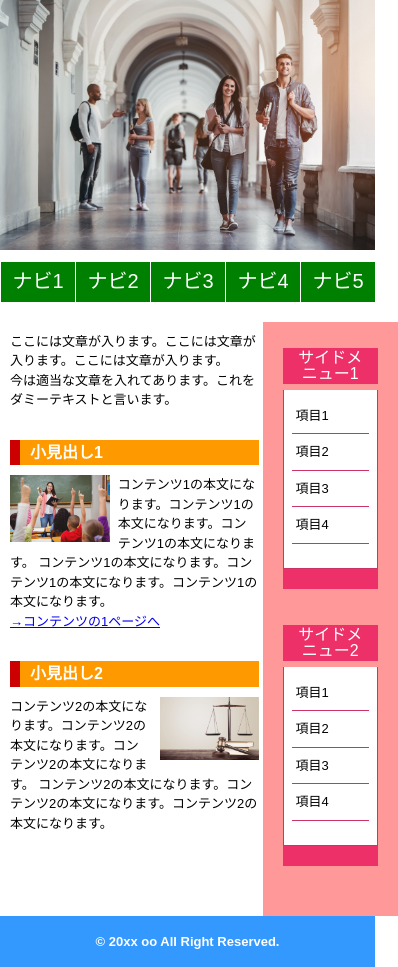
Repository: tameikimaziri/samurai_HTML-CSS
Page: index.html
The author's editor kept a record of every edit. The page is drawn from the files as they stood at one moment, then again after the next edit.
The browser window is 375 px wide. The page is 398 px wide, then 396 px, so the pictures cover 398 px, including what lies to the right of the window. The pictures show the whole page.

Above is the page before.

### index.html
<!DOCTYPE html>
<html lang="ja">
<head>
    <meta charset="UTF-8">
    <meta name="viewport" content="width=device-width, initial-scale=1">
    <title>HTML/CSSの学習</title>
    <link rel="stylesheet" href="stylesheet.css">
</head>
<body>
    <div id="header">
        <h1><a href="index.html"><img id="corridor" src="images/corridior.jpg"alt="大学の廊下"/></a></h1>
    </div>
 <div id="wrapper">
     <div id="nav">
         <ul>
             <li><a href="home.html">ナビ1</a></li>
             <li><a href="#">ナビ2</a></li>
             <li><a href="#">ナビ3</a></li>
             <li><a href="#">ナビ4</a></li>
             <li><a href="#">ナビ5</a></li>
         </ul>
     </div>
     <div id="container">
         <div id="main">
         <div class="post">
             <p>ここには文章が入ります。ここには文章が入ります。ここには文章が入ります。<br />今は適当な文章を入れてあります。これをダミーテキストと言います。</p>
     </div>
             <div class="post clearfix">
                 <h2>小見出し1</h2>
                 <img class="left" src="images/classroom.jpg" alt="授業風景" />
                 <p>
                    コンテンツ1の本文になります。コンテンツ1の本文になります。コンテンツ1の本文になります。
                    コンテンツ1の本文になります。コンテンツ1の本文になります。コンテンツ1の本文になります。
                 </p>
                <p><a href="#">→コンテンツの1ページへ</a></p>
             </div>
             <div class="post clearfix">
                 <h2>小見出し2</h2>
                 <img class="right" src="images/scale.jpg" alt="天秤" />
                 <p>
                    コンテンツ2の本文になります。コンテンツ2の本文になります。コンテンツ2の本文になります。
                    コンテンツ2の本文になります。コンテンツ2の本文になります。コンテンツ2の本文になります。
                 </p>
            </div>
     </div>
      <div id="side">
         <div class="box">
             <h2>サイドメニュー1</h2>
             <div class="boxBody">
                 <ul>
                     <li>項目1</li>
                     <li>項目2</li>
                     <li>項目3</li>
                     <li>項目4</li>
                 </ul>
             </div>
         </div>
         <div class="box">
             <h2>サイドメニュー2</h2>
              <div class="boxBody">
                 <ul>
                     <li>項目1</li>
                     <li>項目2</li>
                     <li>項目3</li>
                     <li>項目4</li>
                 </ul>
         </div>
     </div>
    </div>
 </div>
 <div id="footer">
     <p>&copy; 20xx oo All Right Reserved.</p>
 </div>
</body>
</html>

### stylesheet.css
@charset"utf-8";
body {
  margin: 0;
  padding: 0;
  font-family: "ヒラギノ角ゴ Pro W3", "Hiragino Kaku Gothic Pro", "メイリオ",Meiryo, Osaka,"ＭＳ Ｐゴシック","MS PGothic",sans-serif;
  color: #333;
  font-size:13px;
  line-height: 150%;
}

/*-------------------- wrapper --------------------*/
#wrapper{
  width: 100%;
  margin: auto;
  padding: 0px;
  border: 0px;
  background-color:#FFF;
  top:10px;
  position: relative;
}

/* -------------------- header -------------------- */
#header {
  width: 100%;
}
#header h1 {
  margin: 0;
  padding: 0;
}

#corridor {
  width: 100%;
  height: auto;
}

/* -------------------- footer -------------------- */
#footer {
  clear: both;
  width: 100%;
  padding: 3px 0 3px 0 ;
  background: #39F;
  color: #FFF;
  font-weight: bold;
  text-align: center;
}

/* -------------------- nav -------------------- */
#nav {
width: 100%;
}
#nav ul {
  display:flex;
margin: 0;
padding: 0;
list-style-type: none;
}
#nav ul li {
width: 20%;
text-align: center;
}
#nav ul li a {
display: block;
height: 20px;
margin: 0;
padding: 10px;
color: #FFF;
font-size: 20px;
text-decoration: none;
background-color: green;
 border-left: 1px solid white;
}

#nav ul li a:hover {
  filter: drop-shadow(10px 10px 10px black);
}


/* -------------------- container -------------------- */
#container {
  width: 100%;
  margin: auto ;
  padding-top: 20px;
  clear: both;
  display:grid;
  grid-template-columns: 70vw 30vw;
}
/* -------------------- main -------------------- */
#main {
  width: 95%;
  padding: 10px 30px 10px 10px;
}
#main h2 {
  margin: 0 0 10px 0;
  padding: 3px 10px 3px 10px;
  color: #FFF;
  font-size: 16px;
  border-left: solid 10px #C00;
  background-color: #F90;
}
#main p{
  margin: 0;
  padding: 0;
}
#main .post {
  margin: 0 0 30px 0;
}

#main .post img.right {
  margin: 0 0 0 8px;
}
#main .post img.left {
  margin: 0 8px 0 0;
}
 .right {
  float: right;
  width: 40%;
  height: auto;
 }
 .left {
	 float: left;
	 width: 40%;
	 height: auto;
 }
 /* -------------------- clearfix -------------------- */
 .clearfix {
  zoom: 1;
 }
 .clearfix:after {
   content:"";
   display:block;
   clear: both;
 }


/* -------------------- side -------------------- */

#side {
  width: 85%;
  padding : 20px;
  background-color: #F99;
/* ｝*/
 }
#side .box {
  margin: 0 auto 30px auto;
  padding: 0 0 20px 0;
  background: url(images/side_box.png) bottom no-repeat;
}
#side .box h2 {
  margin: 0;
  padding: 8px;
  text-align: center;
  color: #fff;
  font-size: 16px;
  line-height: 16px;
  font-weight: normal;
  background: url(images/side_box_h2.png) center no-repeat;
}
#side .box .boxBody {
  padding: 8px;
  border-right: solid 1px #C36;
  border-bottom: solid 1px #C36;
  border-left: solid 1px #C36;
  background: #fff;
}
#side .box .boxBody ul {
  margin: 0 0 16px 0;
  padding: 0;
}
#side .box .boxBody ul li {
	padding: 8px 0 8px 4px;
  list-style: none;
  border-bottom: solid 1px #C36;
}

#side .box .boxBody ul li:hover {
  padding: 8px 0 8px 4px;
  list-style: none;
  border-bottom: solid 1px #C36;
  box-shadow: 0px 4px 4px rgba(0, 0, 0, 0.3);
}

After the next edit:
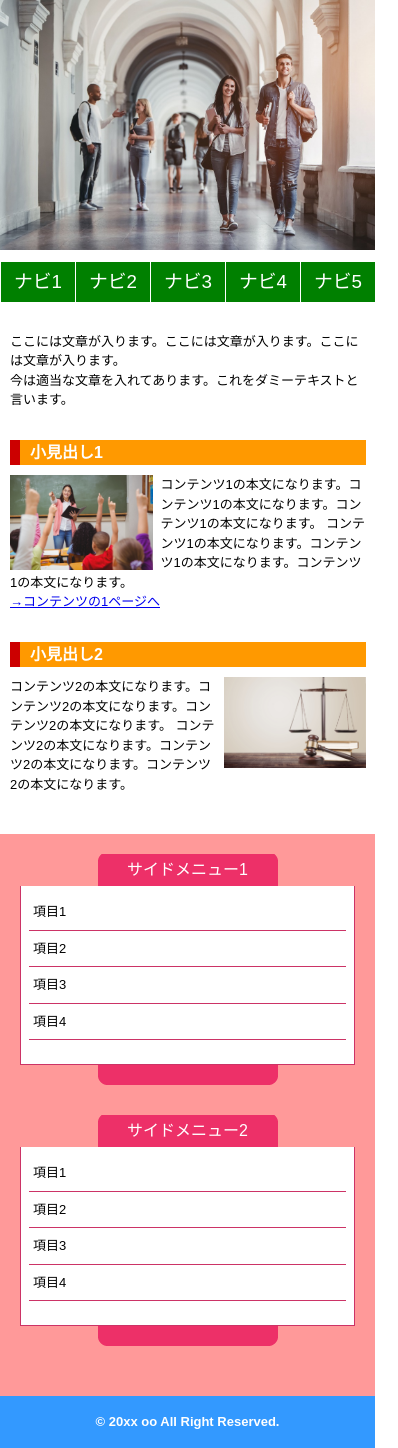
The edit:
--- a/stylesheet.css
+++ b/stylesheet.css
@@ -178,3 +178,22 @@
   border-bottom: solid 1px #C36;
   box-shadow: 0px 4px 4px rgba(0, 0, 0, 0.3);
 }
+ @media screen and (max-width:480px){
+/* .media sp｛*/
+  /*#grid{*/
+  /*  display:block;
+    grid-template-column:auto;*/
+  #container {
+    /*	display: grid;
+    grid-template-columns: 100vw;*/
+    display: block;
+      }
+ #nav ul li a {
+    font-size: 5vw;
+ }
+ #side {
+ 	  box-sizing: border-box;
+    width: 100%;
+    padding: 20px;
+}
+ }
